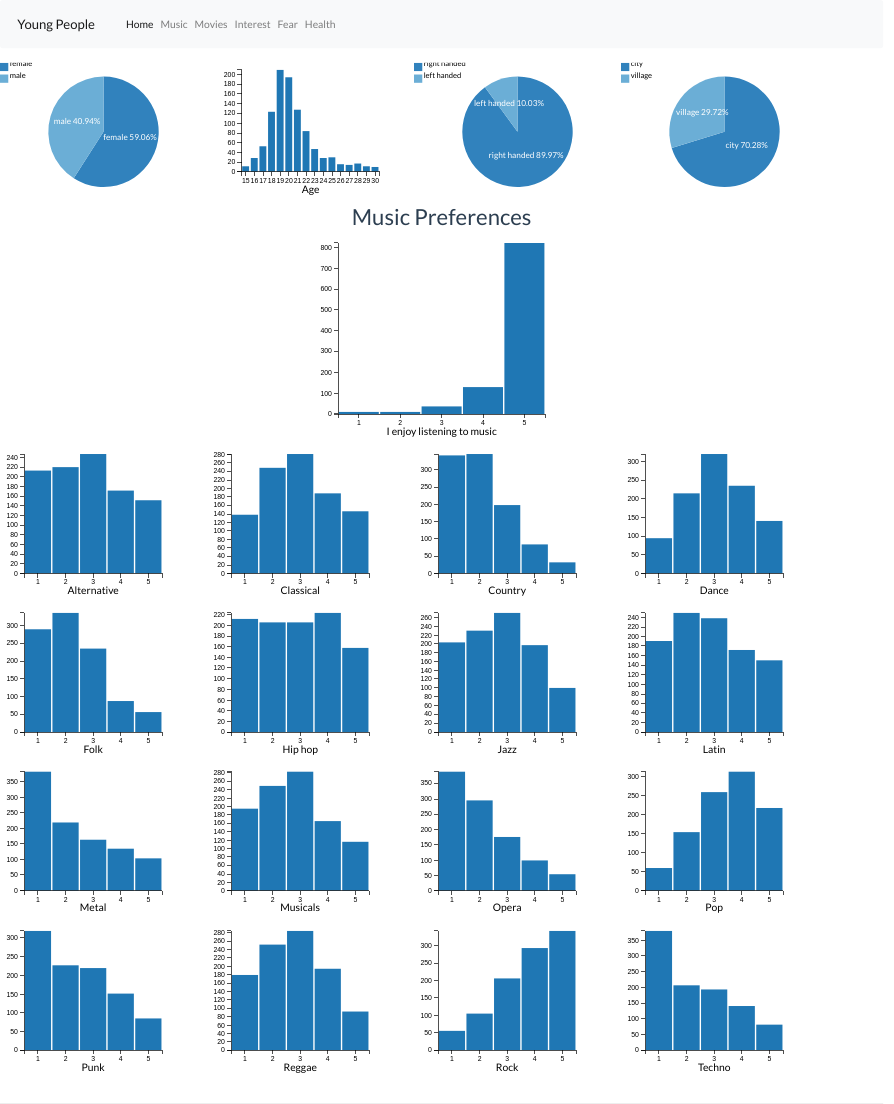
Repository: BrendanMolloy/milestone2
Page: index.html
The author's editor kept a record of every edit. The page is drawn from the files as they stood at one moment, then again after the next edit.
The browser window is 1280 px wide. The page is 1295 px wide, then 1280 px, so the pictures cover 1295 px, including what lies to the right of the window. The pictures show the whole page, at 69% of full size.

Above is the page before.

After the next edit:
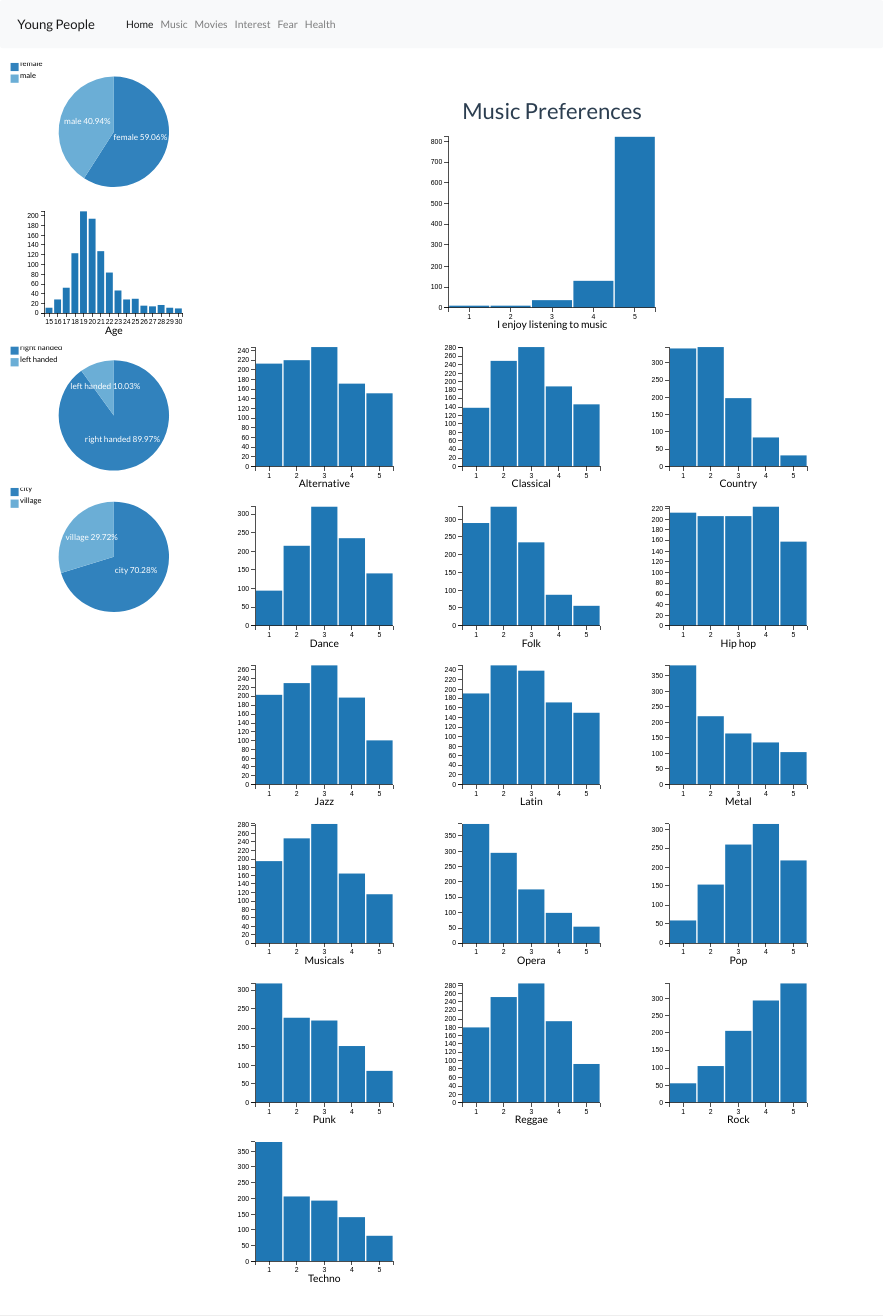
The edit:
--- a/index.html
+++ b/index.html
@@ -53,8 +53,8 @@
   </nav>
 
   <!------------------------------- Sidebar ------------------------------------->
-
-  <div class="sidenav">
+                      <!--  filters/demographics -->
+  <div class="sidenav col-lg-3">
     <div id="gender-balance"></div>
     <div id="age"></div>
     <div id="handedness"></div>
